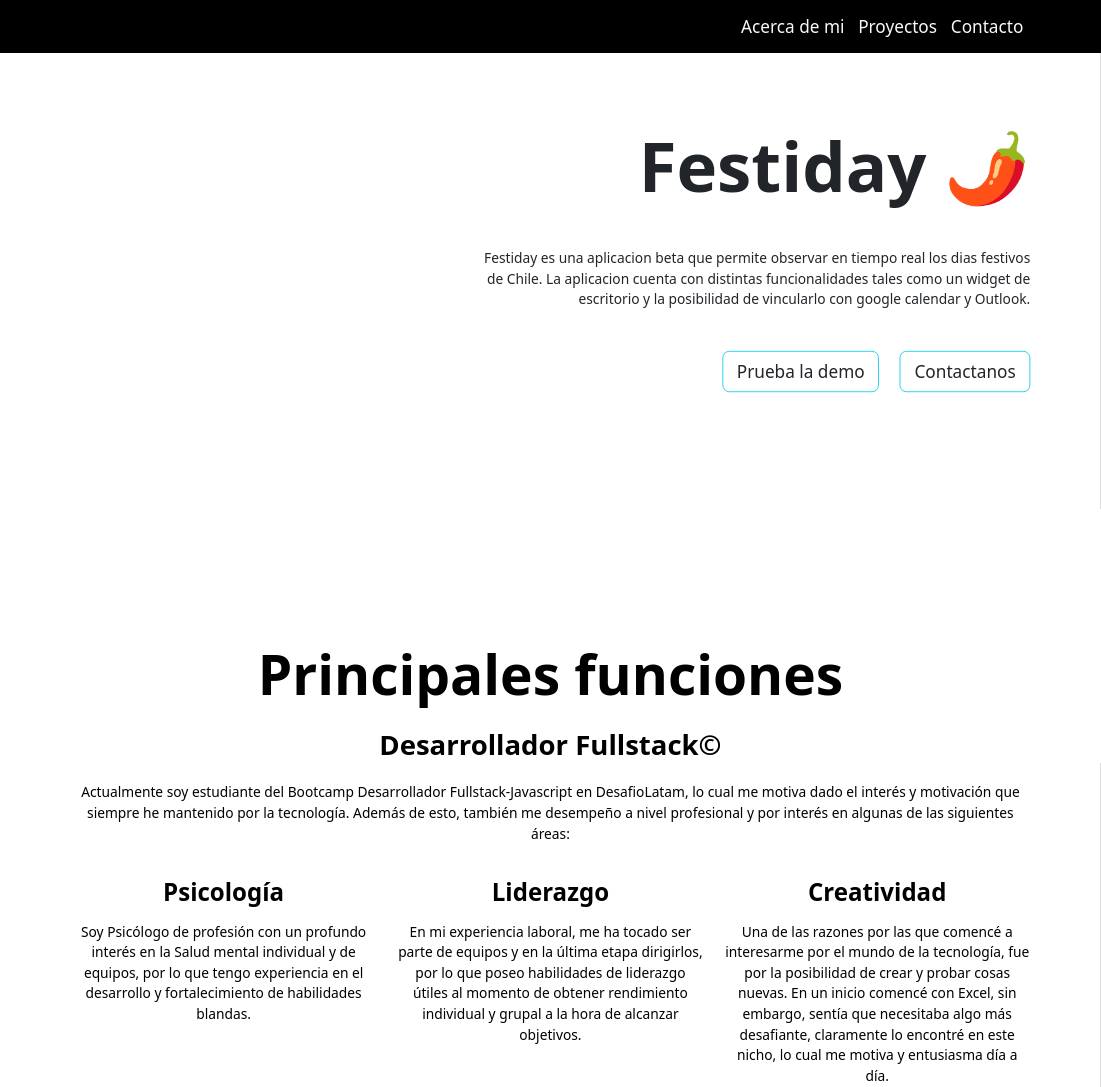
Repository: cvalenciapatagonia/Desafio-4-React-I
Page: /
These files come from the project's save history. The page is drawn as it stood at one moment and after the next save; the edit follows.
The browser window is 1280 px wide. The pictures show the part of the page from y = 0 to 1264 px (the page is 2217 px tall before and 2155 px after), at 86% of full size.
Pictures or frames that could not be fetched are drawn as grey boxes. The page's requests for data from a server got no answer. The project was rebuilt for these pictures with package versions that can differ from the ones it lists, and the page was loaded fresh each time. No one was signed in, and anything a server would have sent is missing. Also part of the build but not shown: vite.config.js, src/App.css.

Above is the page before, as saved 2023-09-07 18:09:06.

After the next save:
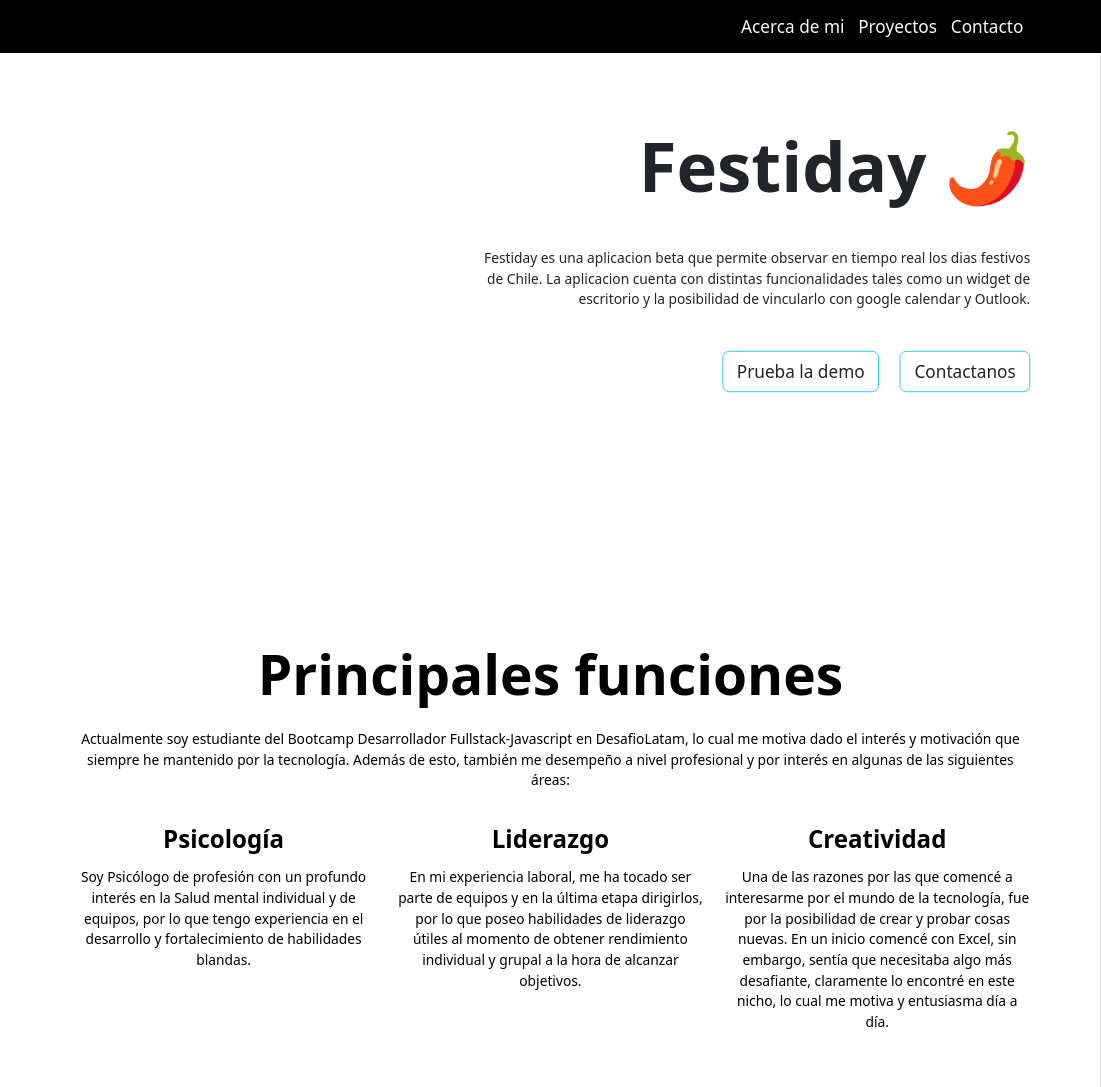
Saved 3 min 28 s later.
--- a/src/App.jsx
+++ b/src/App.jsx
@@ -2,7 +2,6 @@
 import "./App.css";
 import "bootstrap/dist/css/bootstrap.min.css";
 import { IconName } from 'bootstrap-icons-react';
-
 import MiApi from './components/MiApi';
 import Buscador from './components/Buscador';
 
@@ -93,7 +92,6 @@
       <section id="Acerca-de-mi" className="container text-center my-5">
         <h2 className="display-3 fw-bold my-4">Principales funciones</h2>
         <i className="fas fa-solid fa-laptop-code fa-2x my-3"></i>
-        <h3 className="subtitulo2 my-3 fw-bold">Desarrollador Fullstack©</h3>
         <i className="fas fa-solid fa-code fa-2x my-3"></i>
 
         <p className="my-4">

After the save that followed:
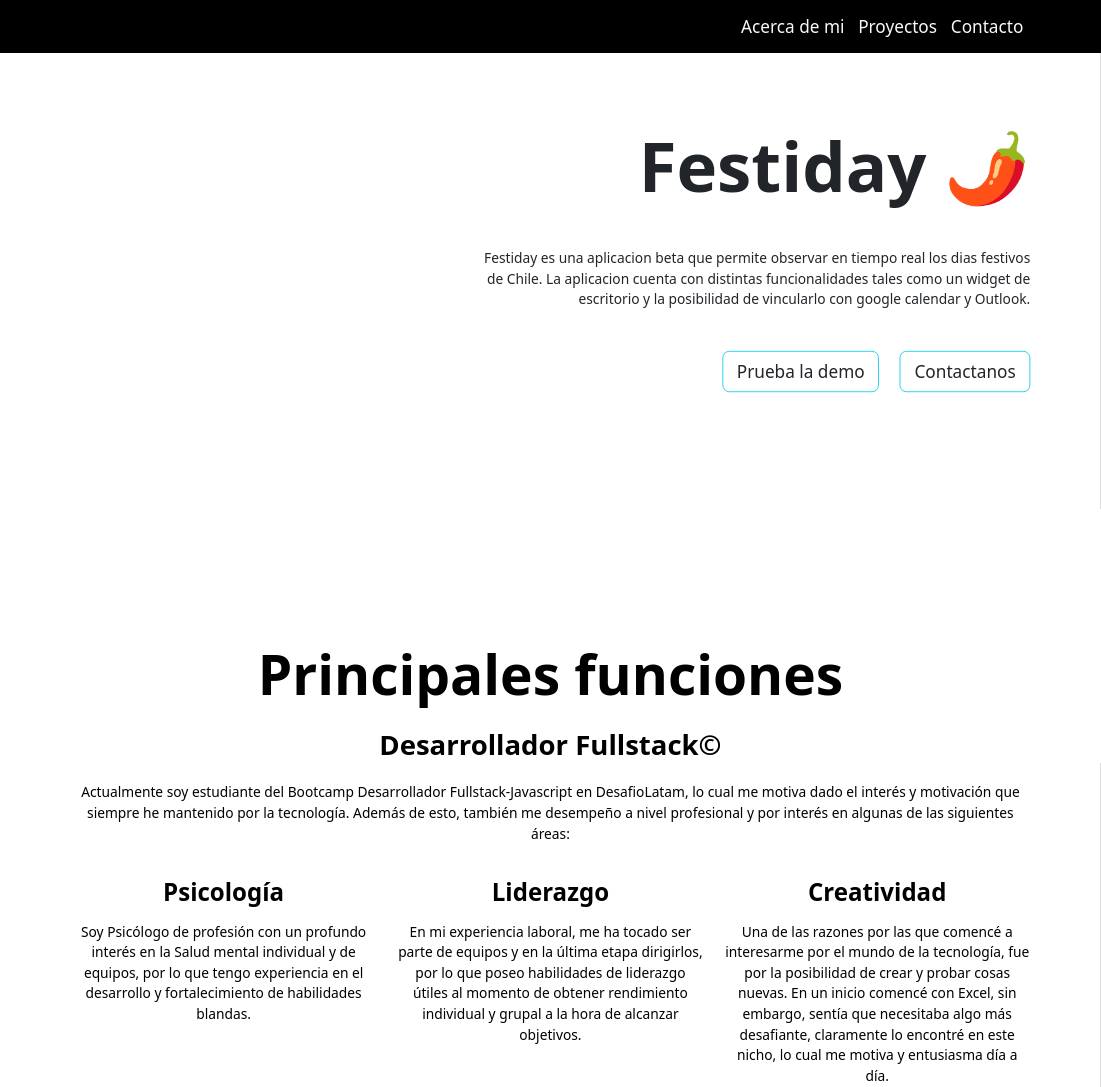
Saved 6 s later.
--- a/src/App.jsx
+++ b/src/App.jsx
@@ -92,6 +92,7 @@
       <section id="Acerca-de-mi" className="container text-center my-5">
         <h2 className="display-3 fw-bold my-4">Principales funciones</h2>
         <i className="fas fa-solid fa-laptop-code fa-2x my-3"></i>
+        <h3 className="subtitulo2 my-3 fw-bold">Desarrollador Fullstack©</h3>
         <i className="fas fa-solid fa-code fa-2x my-3"></i>
 
         <p className="my-4">
